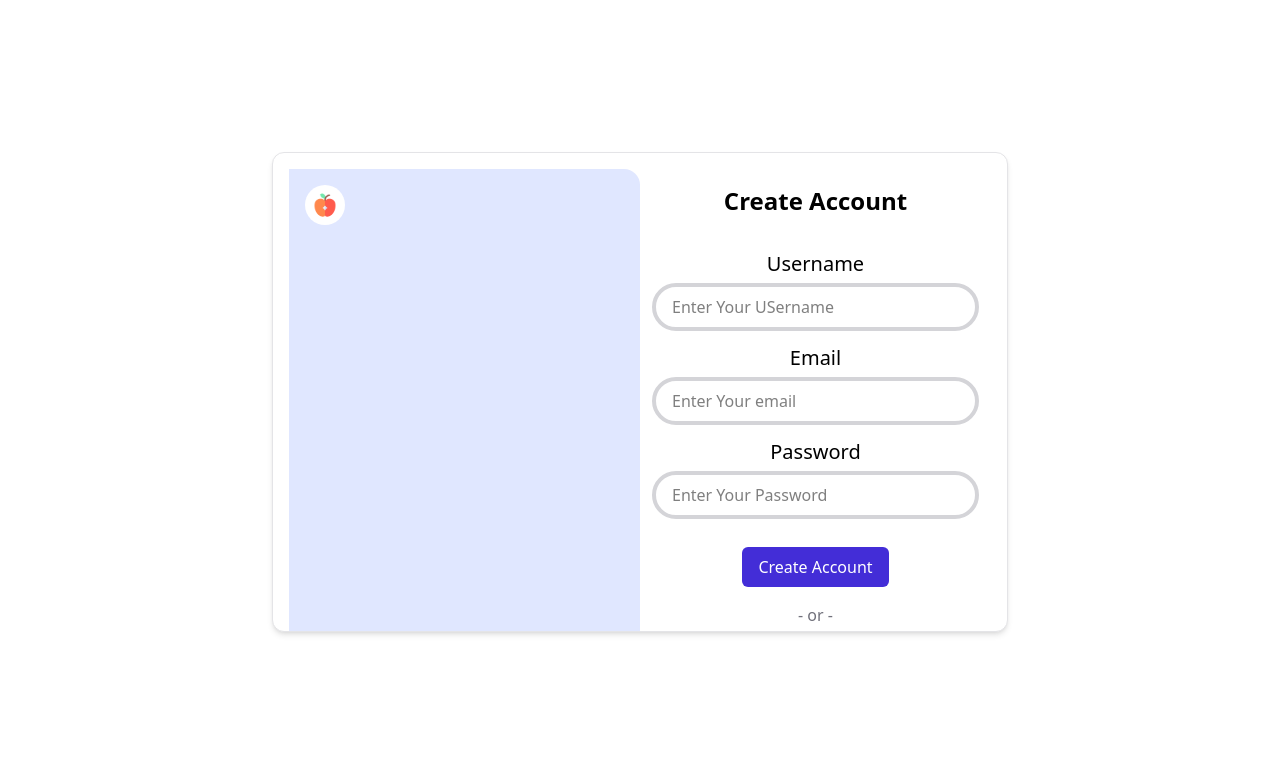
Repository: aryan151pratap/FitPanda
Page: / (app in frontened/)
These files come from the project's save history. The page is drawn as it stood at one moment and after the next save; the edit follows.
The browser window is 1280 px wide. The pictures show the whole page.
The project was rebuilt for these pictures with package versions that can differ from the ones it lists, and the page was loaded fresh each time. Also part of the build but not shown: frontened/vite.config.js, frontened/src/login/login.jsx.

Above is the page before, as saved 2025-06-03 22:50:26.

After the next save:
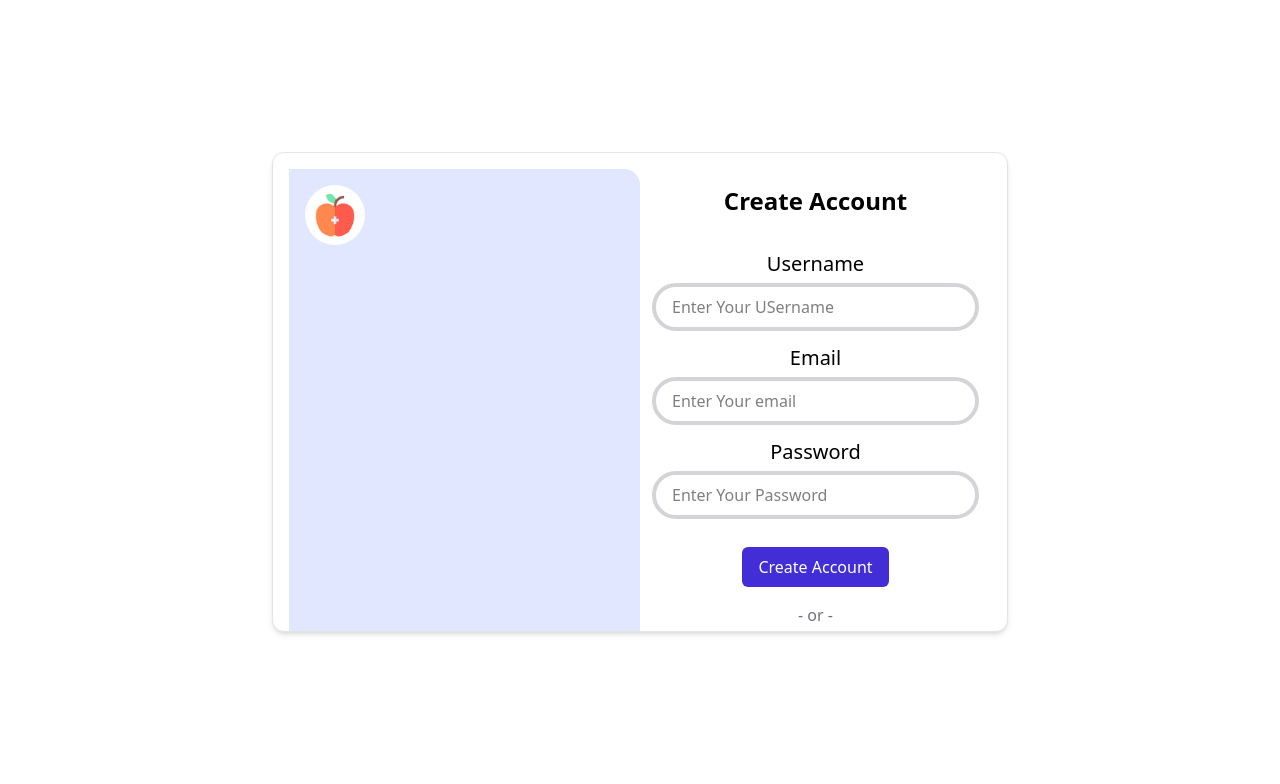
Saved 6 s later.
--- a/frontened/src/login/sign_up.jsx
+++ b/frontened/src/login/sign_up.jsx
@@ -9,7 +9,7 @@ function Sign_up(){
 				<div className="w-full h-full bg-white grid grid-cols-2 rounded-xl overflow-hidden p-4 shadow-md border-1 border-zinc-200">
 					<div className="bg-indigo-100 p-4 text-indigo-300 rounded-b-2xl rounded-tr-2xl flex ">
 						<div>
-							<img src={apple} alt="" className='h-10 w-10 p-2 bg-white rounded-full'/>
+							<img src={apple} alt="" className='h-15 w-15 p-2 bg-white rounded-full'/>
 						</div>
 						{/* <div className="h-full px-1 bg-black">
 						</div> */}
